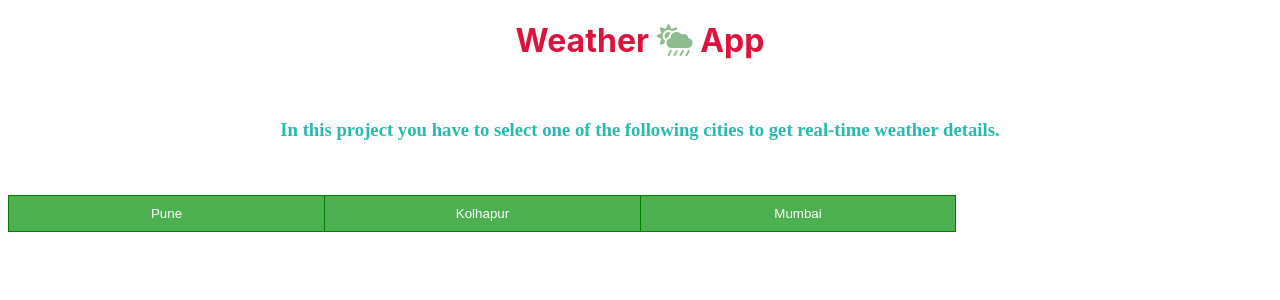
Repository: AalokJadhav/Weather_Website
Page: welcome.html
An editor plug-in stored every save of this project. The page is shown before and after the next save, followed by the edit.
The browser window is 1280 px wide. The pictures show the whole page.
Some web libraries are served in a nearby version.

Above is the page before, as saved 2020-11-03 08:09:22.

After the next save:
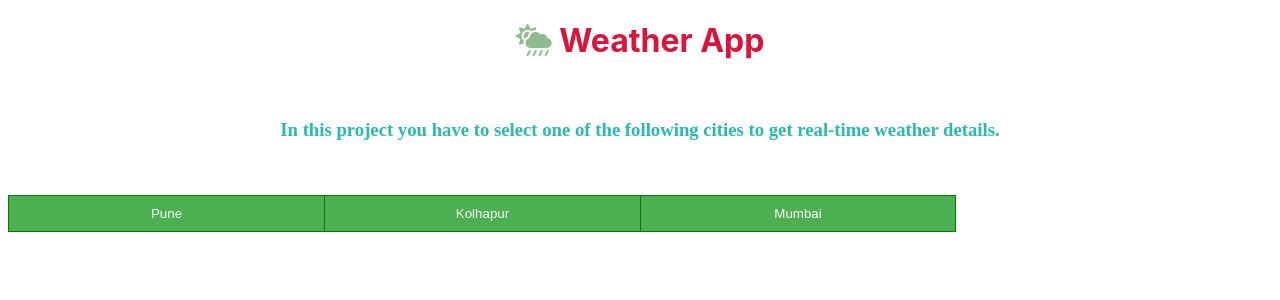
Saved 55 s later.
--- a/welcome.html
+++ b/welcome.html
@@ -35,8 +35,8 @@
     }
     </style>
 <body style="text-align: center;">
-    <h1 style="font-family:-apple-system, BlinkMacSystemFont, 'Segoe UI', Roboto, Oxygen, Ubuntu, Cantarell, 'Open Sans', 'Helvetica Neue', sans-serif; color: crimson;text-align: center;"> Weather     <i class="fas fa-cloud-sun-rain" style="line-height: 0px; color: darkseagreen;"></i>
-        App</h1>
+    <h1 style="font-family:-apple-system, BlinkMacSystemFont, 'Segoe UI', Roboto, Oxygen, Ubuntu, Cantarell, 'Open Sans', 'Helvetica Neue', sans-serif; color: crimson;text-align: center;"><i class="fas fa-cloud-sun-rain" style="line-height: 0px; color: darkseagreen;"></i>
+Weather App</h1>
     <br>
     <h3>
         <p style="color: rgb(39, 187, 175);">
